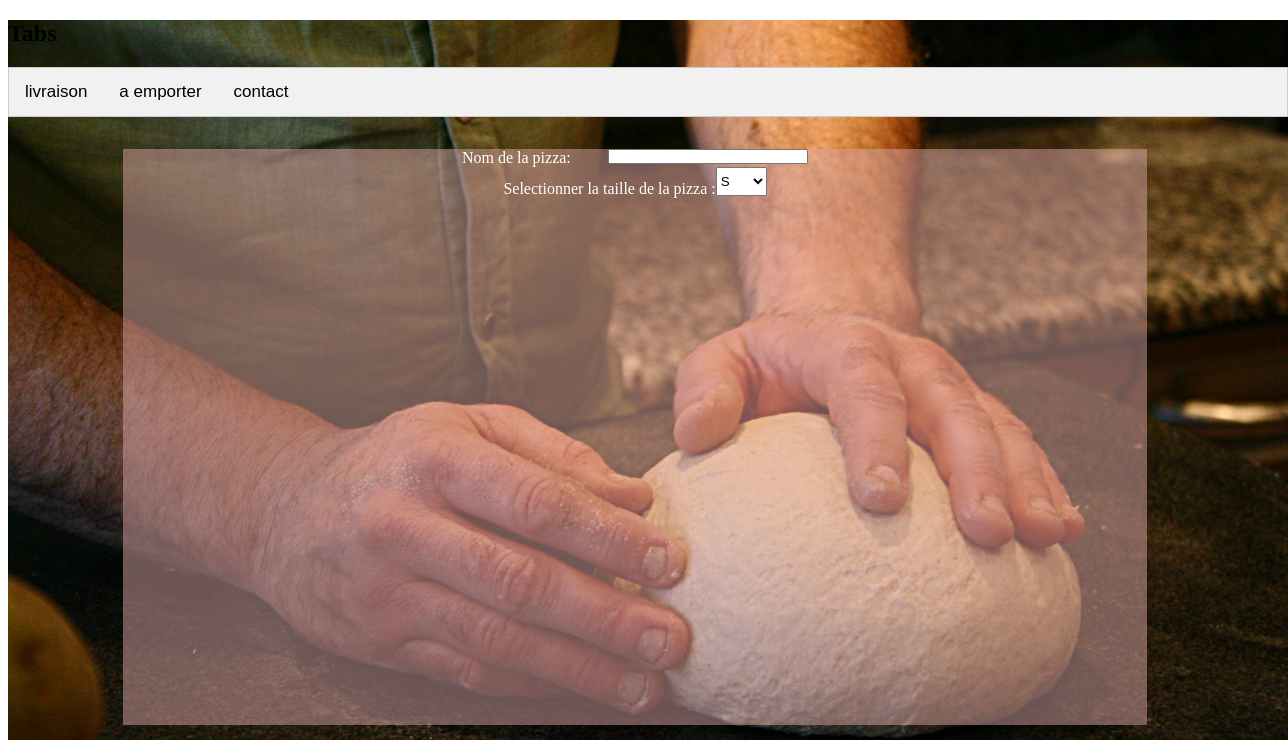
Repository: dev84-unalien/pippo_pizza
Page: admin.html
These files come from the project's save history. The page is drawn as it stood at one moment and after the next save; the edit follows.
The browser window is 1280 px wide. The page is 1288 px wide, so the pictures cover 1288 px, including what lies to the right of the window. The pictures show the whole page.

Above is the page before, as saved 2019-09-10 11:57:04.

### admin.html
<!DOCTYPE html>
<html lang="en">

<head>
    <meta charset="UTF-8">
    <meta name="viewport" content="width=device-width, initial-scale=1.0">
    <meta http-equiv="X-UA-Compatible" content="ie=edge">
    <title>pizzaria pippo</title>
    <link rel="stylesheet" href="admin.css">
    <script src="jquery-3.4.1.min.js"></script>
    <script src="admin.js"></script>

</head>

<body>
    <div id=unos>
        <div id=commande>

            <h2>Tabs</h2>


            <div class="tab">
                <button class="tablinks" onclick="openCity(event, 'livraison')">livraison</button>
                <button class="tablinks" onclick="openCity(event, 'emporter')">a emporter</button>
                <button class="tablinks" onclick="openCity(event, 'contact')">contact</button>
            </div>

            <div id="livraison" class="tabcontent">
                <h3>livraison</h3>
            </div>

            <div id="emporter" class="tabcontent">
                <h3>emporter</h3>

            </div>

            <div id="contact" class="tabcontent">
            </div>
            </form>

         <div id="body">
            <div id="Gcadre">
                 <div id="Nom">Nom de la pizza:<input id="écriture"></input></div>
                  <div id="Taille">
                  <p>Selectionner la taille de la pizza :</p>
                   <select >
                         <option value="S">S</option>
                         <option value="M">M</option>
                         <option value=">L">L</option>
                         <option value="XL">XL</option>
                         <option value="XXL">XXL</option>
                     </select>
                </div>
                <div id="Description"></div>
                <div id="Prix"></div>

                <div id="Image"></div>
            </div>

        </div>
    </div>
</body>

</html>

### admin.css
#unos {
  height: 100vh;
  width: 100vw;
  background-image: url("images/ajoutpizza.jpg");
  justify-content: cover;
  background-size: 100vw;
}
#body{
    width: 100vw;
    height: 80vh;
    display: flex;
  flex-direction: column;
  justify-content: center;
  align-content: center;
}
#Gcadre {
  display: flex;
  flex-direction: column;
  justify-content: space-between;
  align-items: center;
  width: 80vw;
  height: 80vh;
  background-color: rgba(216, 166, 166, 0.5);
  margin-left: 9vw;
  margin-top:9vh;
}

#Nom {
  display: flex;
  justify-content: space-around;
  color: white;
  margin-top: vw;
  width: 30vw;
  height:2vh;
}
#écriture{
  width:15vw;}

#Taille {
  display: flex;
  justify-content: center;
  align-content: center;
  width: 80vw;
  height: 80vh;
}
select {
  width: 4vw;
  height: 4vh;
  margin-top: 0.5vh;
}
p {
  color: white;
}

#formulaire {
  height: 50%;
  width: 50%;
  background-color: aliceblue;
}

#livraison {
  background-color: aquamarine;
}

#emporter {
  background-color: beige;
}

#contact {
  background-color: powderblue;
}

.tab {
  overflow: hidden;
  border: 1px solid #ccc;
  background-color: #f1f1f1;
}

/* Style the buttons inside the tab */

.tab button {
  background-color: inherit;
  float: left;
  border: none;
  outline: none;
  cursor: pointer;
  padding: 14px 16px;
  transition: 0.3s;
  font-size: 17px;
}

/* Change background color of buttons on hover */

.tab button:hover {
  background-color: red;
}

/* Create an active/current tablink class */

.tab button.active {
  background-color: red;
}

/* Style the tab content */

.tabcontent {
  display: none;
  padding: 6px 12px;
  border: 1px solid red;
  border-top: none;
}

Loaded but not shown: jquery-3.4.1.min.js (library); admin.js (no copy from this time; the picture is the same without it)

After the next save:
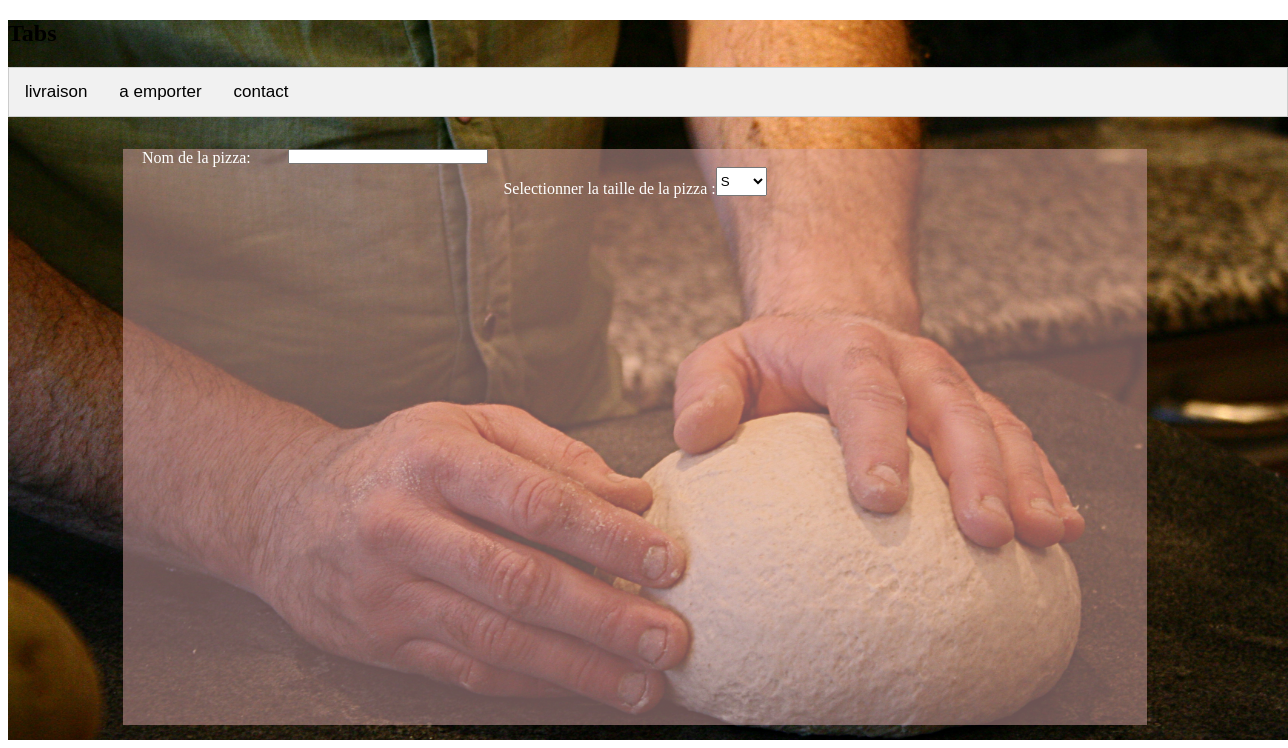
Saved 41 s later.
--- a/admin.css
+++ b/admin.css
@@ -17,7 +17,7 @@
   display: flex;
   flex-direction: column;
   justify-content: space-between;
-  align-items: center;
+  align-items:space-between;
   width: 80vw;
   height: 80vh;
   background-color: rgba(216, 166, 166, 0.5);

After the 2 saves that followed:
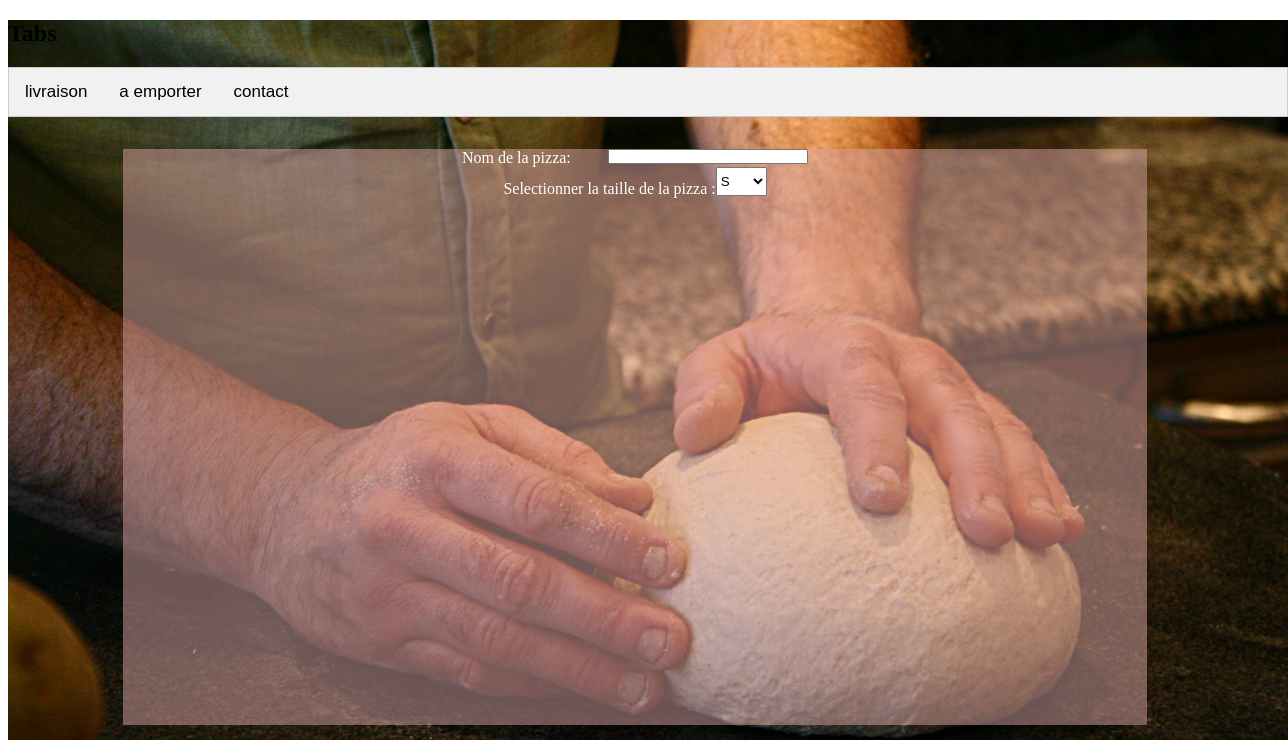
The 2 saves are shown as one change because 1 left the picture as it was.
The last was saved 15 s later.
--- a/admin.css
+++ b/admin.css
@@ -17,7 +17,7 @@
   display: flex;
   flex-direction: column;
   justify-content: space-between;
-  align-items:space-between;
+  align-items: center;
   width: 80vw;
   height: 80vh;
   background-color: rgba(216, 166, 166, 0.5);
